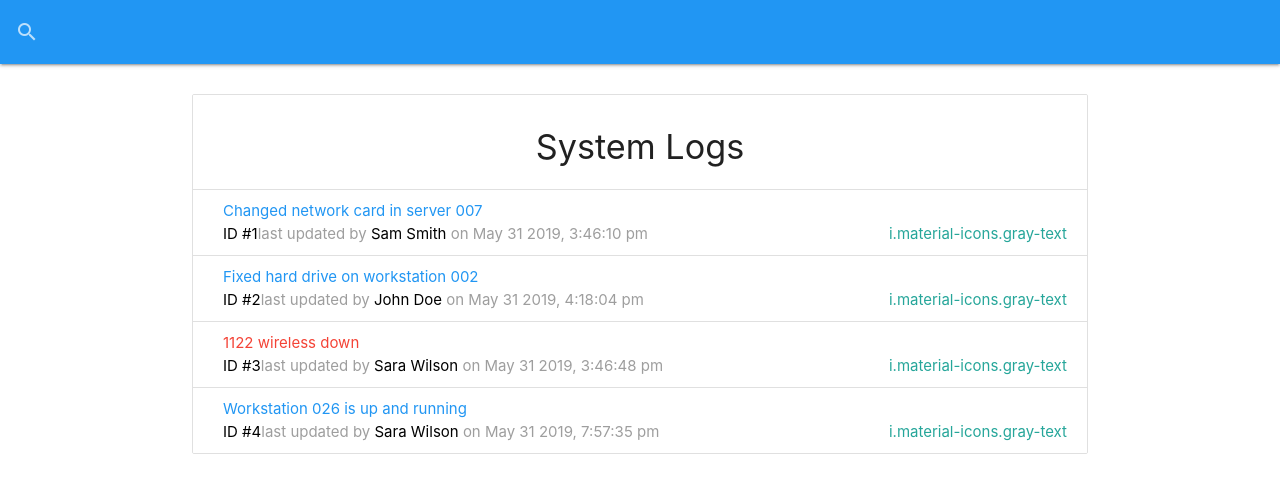
Repository: faraznisar/It-Logger
Page: /
These files come from the project's save history. The page is drawn as it stood at one moment and after the next save; the edit follows.
The browser window is 1280 px wide. The pictures show the whole page.
The project was rebuilt for these pictures with package versions that can differ from the ones it lists, and the page was loaded fresh each time. Requests to the local data server were answered from the project's data file. Also part of the build but not shown: src/App.css.

Above is the page before, as saved 2020-08-15 15:54:47.

After the next save:
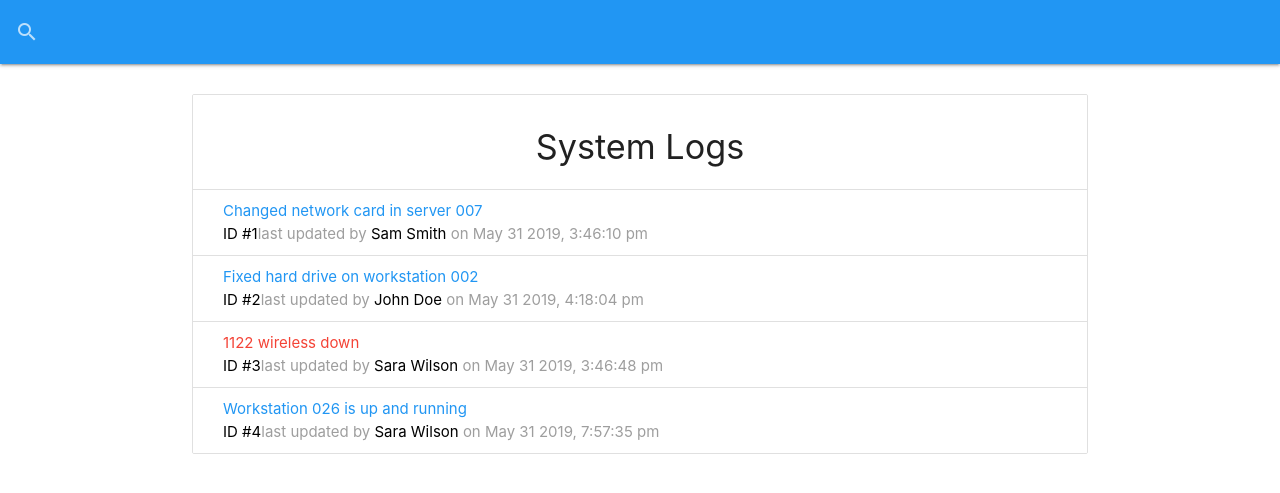
Saved 9 s later.
--- a/src/components/logs/LogItem.js
+++ b/src/components/logs/LogItem.js
@@ -21,7 +21,7 @@ const LogItem = ({ log }) => {
           <Moment format="MMMM DD YYYY, h:mm:ss a">{log.date}</Moment>
         </span>
         <a href="#!" className="secondary-content">
-          i.material-icons.gray-text
+          <i className="material-icons gray-text"></i>
         </a>
       </div>
     </li>
